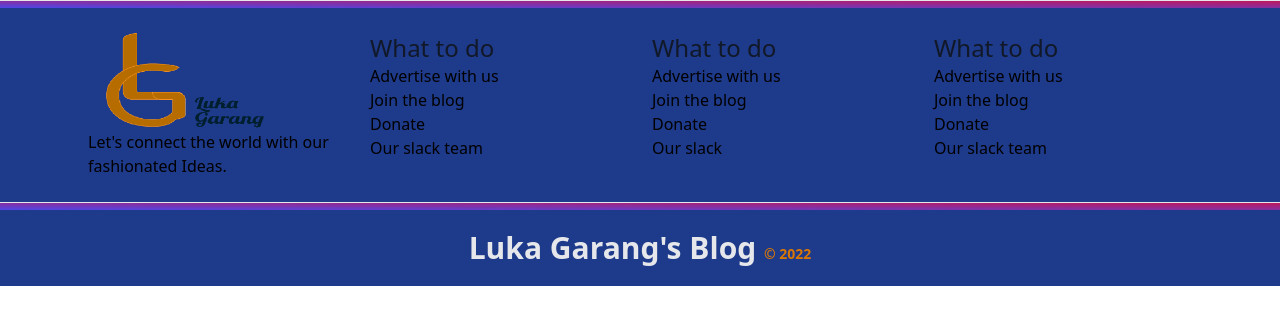
Repository: kenyi-mic/Luka_blog
Page: /footer
The author's editor kept a copy of each file at every save. The page is drawn from the files as they stood at one save, then again after the next save.
The browser window is 1280 px wide. The pictures show the whole page.
The project was rebuilt for these pictures with package versions that can differ from the ones it lists, and the page was loaded fresh each time. The framework's server and built-in components were replaced by stand-ins that run in the browser. Also part of the build but not shown: next.config.js.

Above is the page before, as saved 2022-04-19 10:00:05.

### pages/footer.tsx
import React from 'react'

function footer() {
  return (
    <div className="bg-blue-900">
       <hr className="w-full h-2 bg-gradient-to-tr from-indigo-600 to-pink-700"/>
      <div className="grid grid-cols-1 sm:grid-cols-2 lg:grid-cols-4 gap-3 md:gap-6 p-2 md:p-6 max-w-6xl mx-auto">
       {/* first*/}
       <div  className="flex flex-1 flex-col">
         <img className="w-44" src="/logo.png" alt="logo" />
         <p>Let's connect the world with our fashionated Ideas.</p>

       </div>
      {/* second*/}
      <div className="flex flex-1 flex-col">
        <h2 className="text-2xl text-bold text-gray-900 ">What to do</h2>
        <h4>Advertise with us</h4>
        <h4>Join the blog</h4>
        <h4>Donate</h4>
        <h4>Our slack team</h4>
      </div >
       {/* third*/}
       <div className="flex flex-1 flex-col">
        <h2 className="text-2xl text-bold text-gray-900 ">What to do</h2>
        <h4>Advertise with us</h4>
        <h4>Join the blog</h4>
        <h4>Donate</h4>
        <h4>Our slack </h4>

        </div>

        {/* fourth*/}
        <div  className="flex flex-1 flex-col">
        <h2 className="text-2xl text-bold text-gray-900 ">What to do</h2>
        <h4>Advertise with us</h4>
        <h4>Join the blog</h4>
        <h4>Donate</h4>
        <h4>Our slack team </h4>
        </div>
      </div>
      <hr className="w-full h-2 bg-gradient-to-tr from-indigo-600 to-pink-700"/>
      <h1 className="text-3xl shadow-green-700 font-bold text-gray-200 text-shadow text-center py-5">Luka Garang's Blog <span className="text-amber-600 text-sm text-extralight">	&copy; 2022</span></h1>
    </div>
  )
}

export default footer

Loaded but not shown: pages/_app.tsx (common file); styles/globals.css (common file); tailwind.config.js (common file)

After the next save:
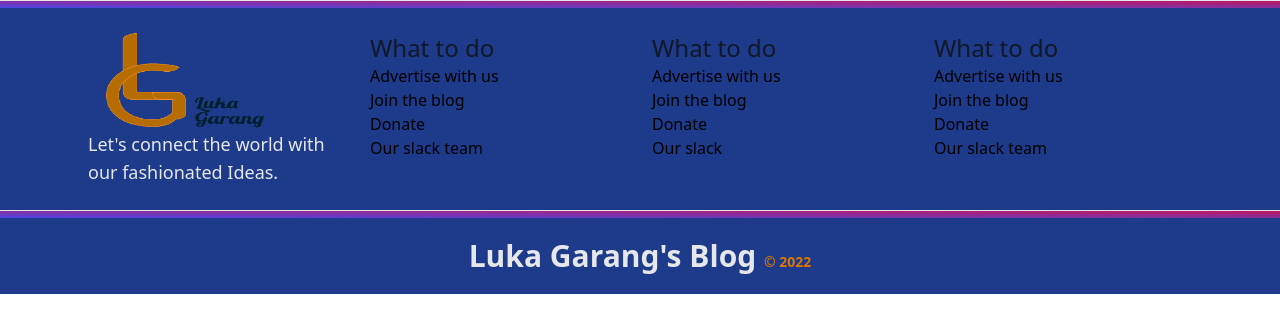
Saved 103 s later.
--- a/pages/footer.tsx
+++ b/pages/footer.tsx
@@ -8,7 +8,7 @@
        {/* first*/}
        <div  className="flex flex-1 flex-col">
          <img className="w-44" src="/logo.png" alt="logo" />
-         <p>Let's connect the world with our fashionated Ideas.</p>
+         <p className="text-lg text-gray-200">Let's connect the world with our fashionated Ideas.</p>
 
        </div>
       {/* second*/}
